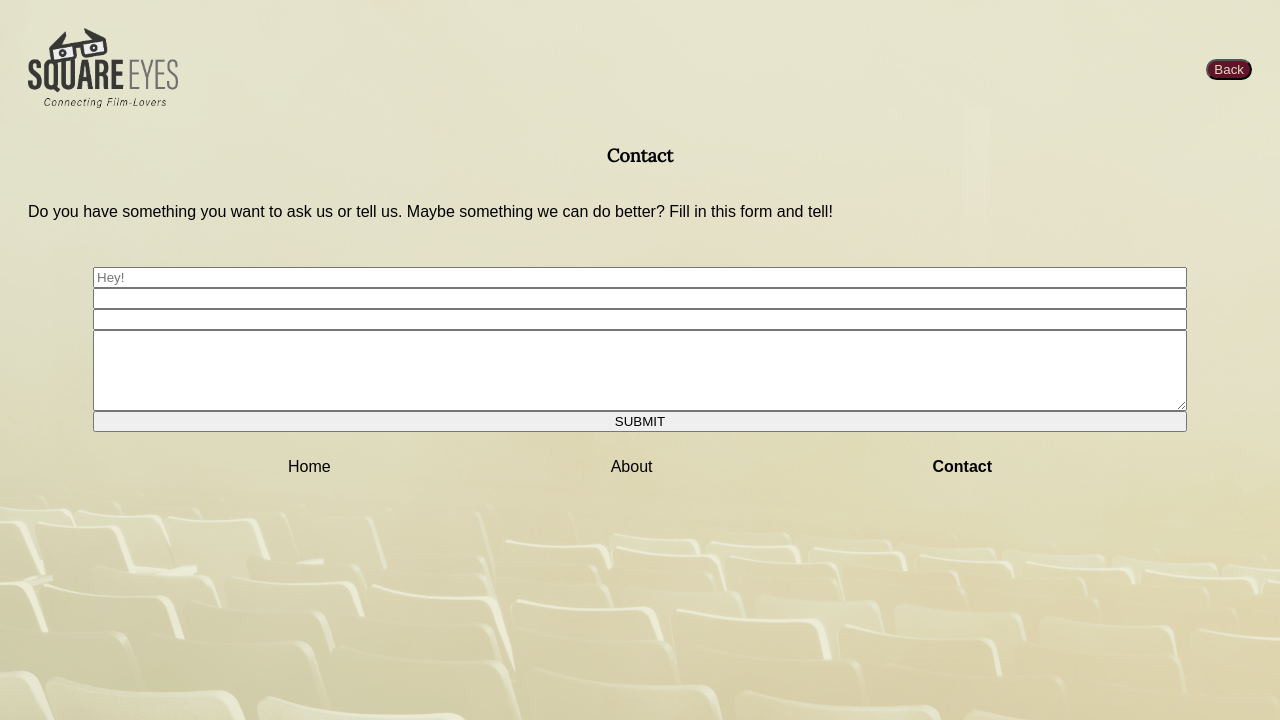
Repository: Noroff-FEU-Assignments/cross-course-project-Bekkholt
Page: contact.html
The author's editor kept a copy of each file at every save. The page is drawn from the files as they stood at one save, then again after the next save.
The browser window is 1280 px wide. The pictures show the whole page.

Above is the page before, as saved 2022-11-03 11:42:12.

### contact.html
<!DOCTYPE html>
<html>
  <head>
    <title>Square Eyes | Contact</title>
    <meta name="description" content="Square Eyes - Connecting film lovers." />
    <meta name="viewport" content="width=device-width, initial-scale=1" />
    <link href="css/index.css" rel="stylesheet">
    <link rel="preconnect" href="https://fonts.googleapis.com">
    <link rel="preconnect" href="https://fonts.gstatic.com" crossorigin>
    <link href="https://fonts.googleapis.com/css2?family=Lora&display=swap" rel="stylesheet">
  </head>
  <body>
    <header>
      <a href="index.html"><img class="logo" src="images/SquareEyes_Logo.png" alt="Square Eyes logo"></a>
      <a href="index.html"><button class="cta">Back</button></a>
    </header>
    <main>
    <h1>Contact</h1>
    <p>
        Do you have something you want to ask us or tell us. Maybe something we can do better? Fill in this form and tell!
    </p>
    <form action="submit.php" method="post">
      <input class="testClass" placeholder="Hey!" type="text" name="fullname" />
      <input class="testClass" type="email" name="email" />
      <input class="testClass" type="text" name="subject" />
      <textarea class="testClass" id="message" name="message" rows="5" cols="20"></textarea>
      <input class="testClass" type="submit" value="SUBMIT" />
    </form>
  </main>
  <footer>
    <nav>
      <ul>
        <li><a href="index.html">Home</a></li>
        <li><a href="about.html">About</a></li>
        <li><a href="contact.html" class="active">Contact</a></li>
      </ul>
    </nav>
  </footer>
  </body>
</html>

### css/index.css
html {
    background: url(../images/alex-avalos-dnUNjIUCg5c-unsplash.jpg);
    background-size: cover;
    background-repeat: no-repeat;
    background-blend-mode:soft-light;
    background-color: #ddddc5;
    min-height: 100%;
}

h1, h2 {
    font-family: 'Lora', serif;
    font: bold;
    font-size: large;
    text-align: center;
    font-weight: bold;
}

p {
    font-family: 'DM Sans', sans-serif;
    color: #000000;
    text-align: left;
    padding: 20px;
}

form {
    color: #000000;
    display: flex;
    flex-direction: column;
    padding: 10px 85px 10px 85px;
}

header {
display: flex;
flex-direction: row;
justify-content: space-between;
align-items: center;
padding: 20px;
}

input[type=text] [type=email] {
    padding: 10px;
    width: 100%;
}

.genre, .price {
    display: flex;
    flex-direction: row;
    justify-content: space-around;
}

.price {
    padding-top: 0px;
    padding-bottom: 10px;
}

.hobbs, .godzilla, .batman,
.toy-story, .addams, .sweetheart, .hollywood, .scream, .director_photo {
    max-width: 100px;
    margin: 0px;
}

.collections {
    display: flex;
    flex-direction: row;
    justify-content: space-around;
}

.cta {
    background-color: #611428;
    color: #ddddc5;
    border-radius: 50px;
    max-width: 100px;
    text-decoration: none;
    text-align: center;
}

.logo {
    max-width: 150px;
    padding: 0px;
}

ul a {
    font-family: 'DM Sans', sans-serif;
    color: #000000;
    text-decoration: none;
}

ul {
    list-style: none;
    display: flex;
    flex-direction: row;
    justify-content: space-evenly;
    padding: 0%;
}

.active {
    font-weight: bold;
}

.allproducts {
    display: flex;
    flex-direction: row;
}

.addams__specific {
    max-width: 50%;
    max-height: 50%;
    padding: 95px;
    padding-top: 20px;
    padding-bottom: 20px;
}

.checkmark {
    padding-left: 155px;
}

.checkout_buttons {
    display: flex;
    flex-direction: column;
    align-items: center;
    padding-top: 5px;
}

.index {
    text-align: left;
    padding-left: 15px;
}

.continue {
    text-align: center;
}

.congratulations {
    color: #611428;
    font-size: x-large;
}

.director_photo {
    padding-left: 20px;
}

.contact_form {
    margin-bottom: 1rem;
    border-radius: 1rem;
}

After the next save:
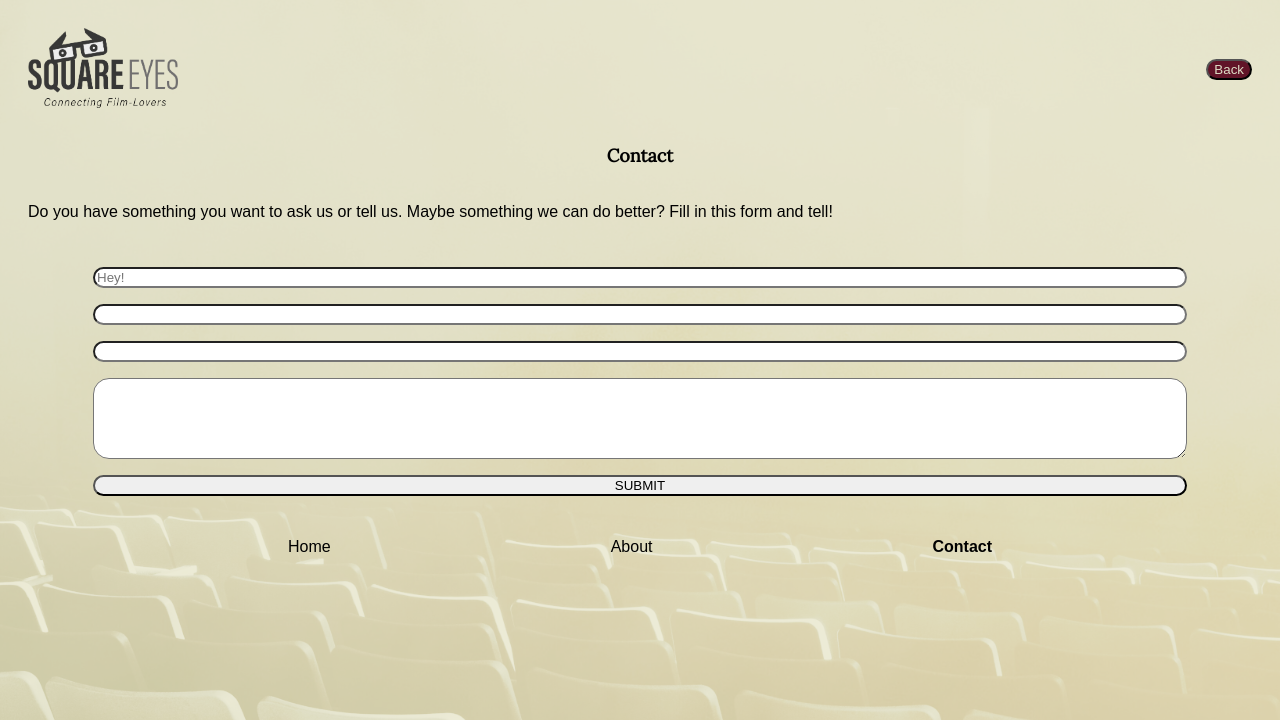
Saved 23 s later.
--- a/contact.html
+++ b/contact.html
@@ -20,11 +20,11 @@
         Do you have something you want to ask us or tell us. Maybe something we can do better? Fill in this form and tell!
     </p>
     <form action="submit.php" method="post">
-      <input class="testClass" placeholder="Hey!" type="text" name="fullname" />
-      <input class="testClass" type="email" name="email" />
-      <input class="testClass" type="text" name="subject" />
-      <textarea class="testClass" id="message" name="message" rows="5" cols="20"></textarea>
-      <input class="testClass" type="submit" value="SUBMIT" />
+      <input class="contact_form" placeholder="Hey!" type="text" name="fullname" />
+      <input class="contact_form" type="email" name="email" />
+      <input class="contact_form" type="text" name="subject" />
+      <textarea class="contact_form" id="message" name="message" rows="5" cols="20"></textarea>
+      <input class="contact_form" type="submit" value="SUBMIT" />
     </form>
   </main>
   <footer>
